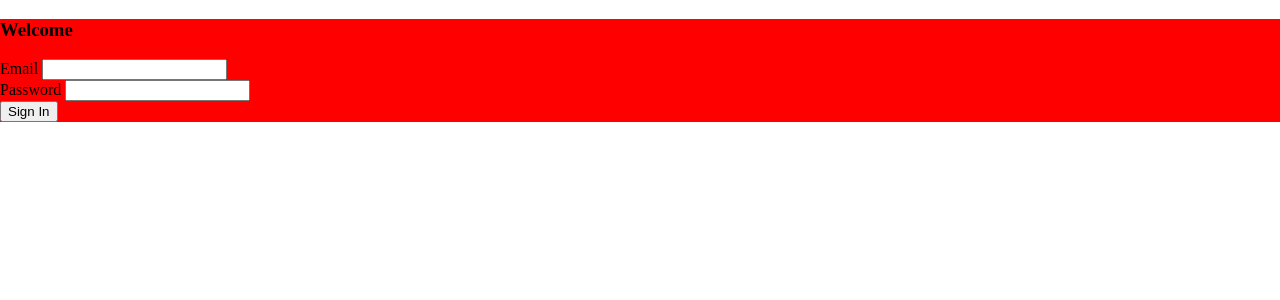
Repository: Szelbi/SimpliestLoginPage
Page: index.html
The author's editor kept a copy of each file at every save. The page is drawn from the files as they stood at one save, then again after the next save.
The browser window is 1280 px wide. The pictures show the whole page.

Above is the page before, as saved 2021-02-04 21:49:16.

### index.html
<!DOCTYPE html>
<html lang="en">

<head>
    <meta charset="UTF-8">
    <meta name="viewport" content="width=device-width, initial-scale=1.0">
    <title>Document</title>
    <link rel="stylesheet" href="style.css">
</head>

<body>
    <main class="main">
        <div class="login-container">
            <h3 class='login-title'>Welcome</h3>
            <form>
                <div class="input-group">
                    <label>Email</label>
                    <input type="email">
                </div>
                <div class="input-group">
                    <label>Password</label>
                    <input type="password">
                </div>
                <button type="submit" class="login-button">Sign In</button>
            </form>
        </div>
    </main>
</body>

</html>

### style.css
html, body{
    margin: 0;
}

.login-container{
    background-color: red;
}

After the next save:
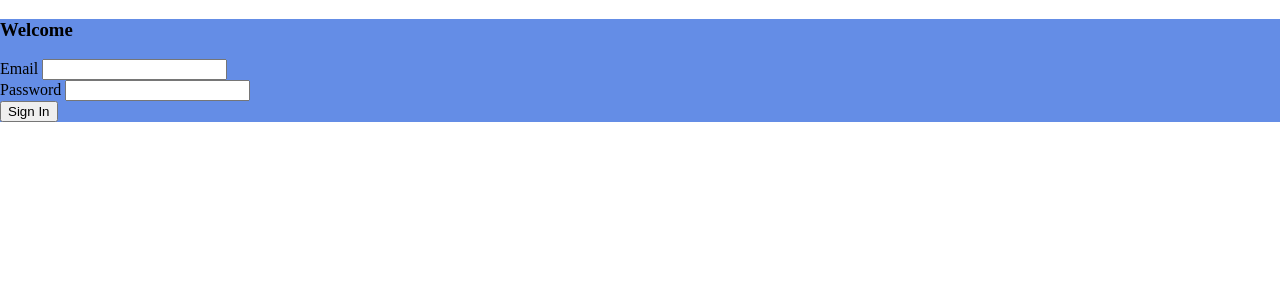
Saved 20 s later.
--- a/style.css
+++ b/style.css
@@ -3,5 +3,5 @@
 }
 
 .login-container{
-    background-color: red;
+    background-color: rgb(100, 141, 230);
 }
